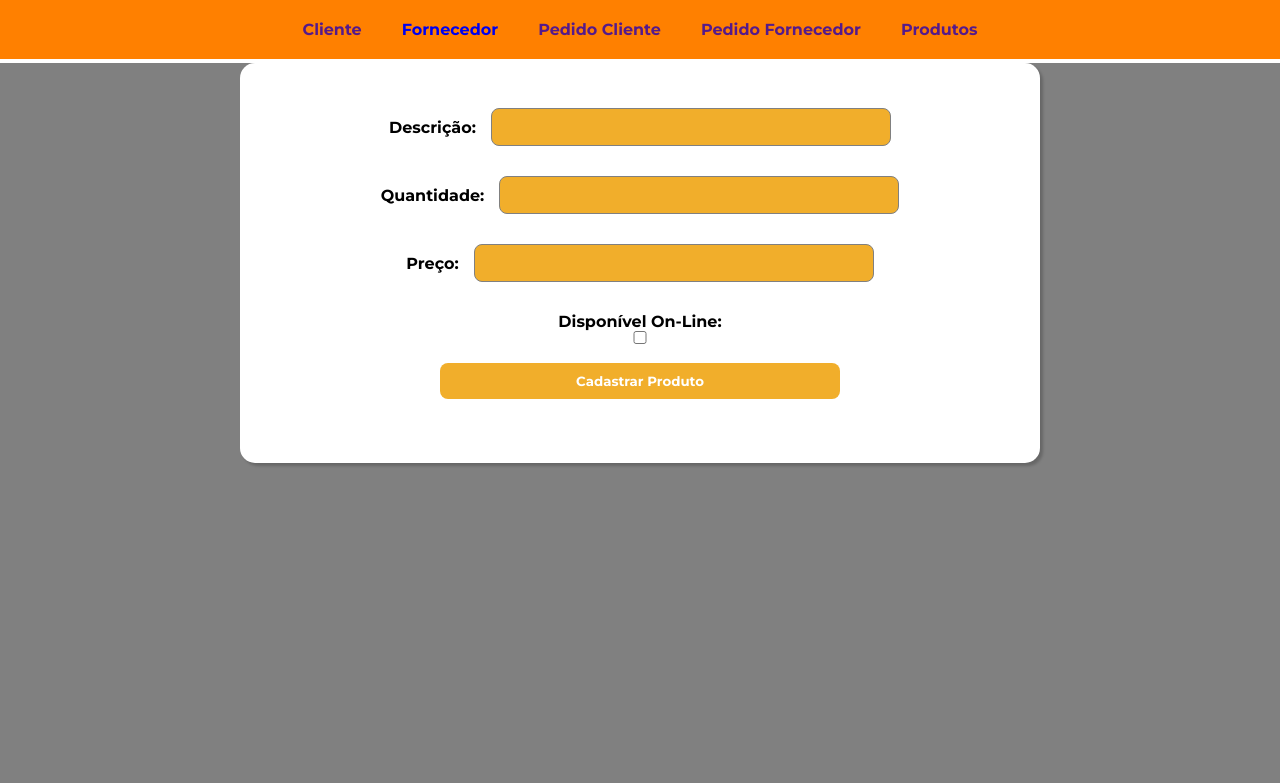
Repository: walterdmp/JavaWeb_BartoBotinas
Page: http://localhost/BartoBotinas/cadastrarFornecedor.jsp
An editor plug-in stored every save of this project. The page is shown before and after the next save, followed by the edit.
The browser window is 1280 px wide. The pictures show the whole page.
The page is served by Tomcat 9.

Above is the page before, as saved 2024-07-30 18:03:09.

After the next save:
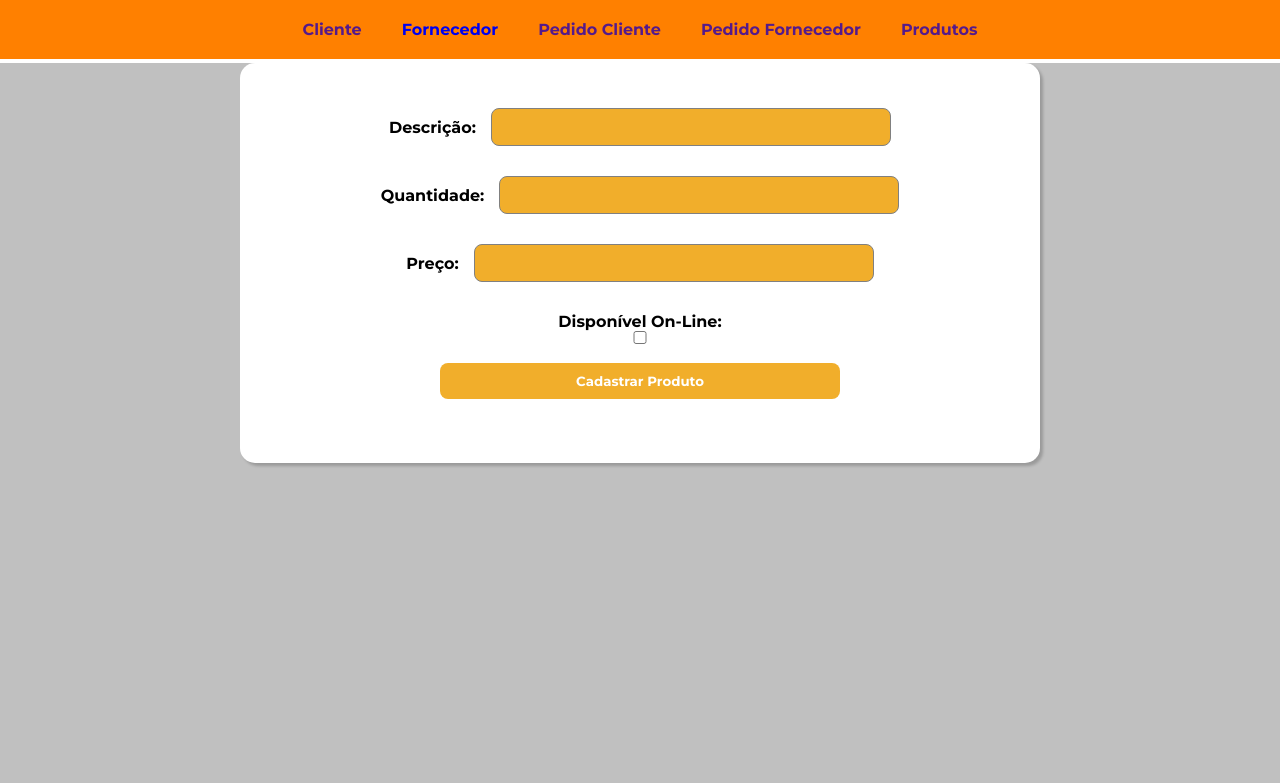
Saved 28 s later.
--- a/BartoBotinas/WebContent/css/estilo.css
+++ b/BartoBotinas/WebContent/css/estilo.css
@@ -18,7 +18,7 @@
 }
 
 .bartoMain {
-	background-color: gray;
+	background-color: #c0c0c0;
 	width: 100vw;
 	height: 100vh;
 }
